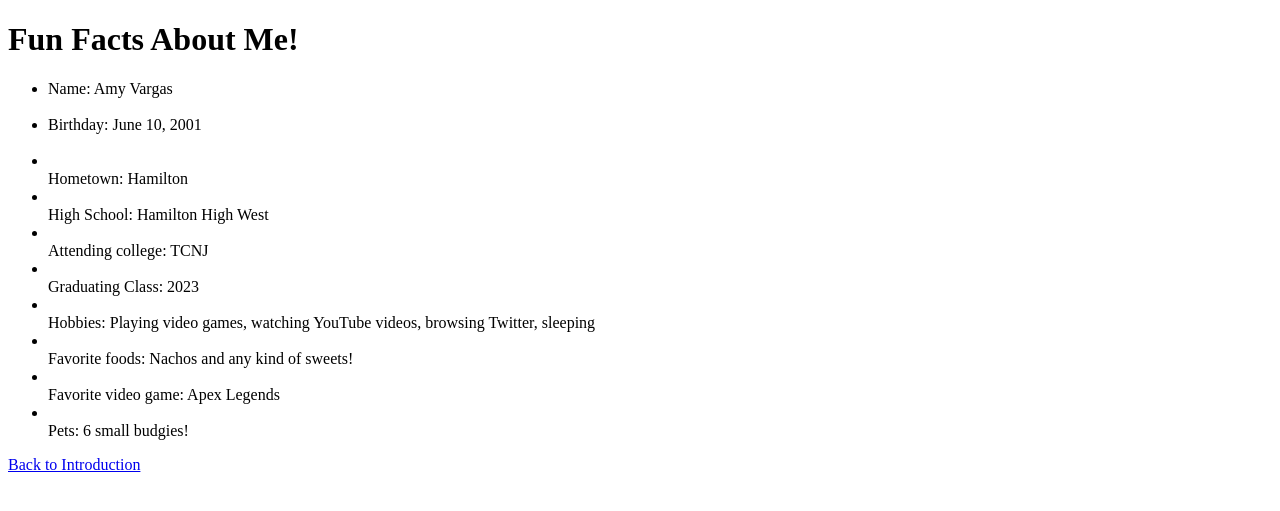
Repository: A-Vargas-GP/imm_my_website
Page: personal_site/personal/personal_facts.html
The author's editor kept a record of every edit. The page is drawn from the files as they stood at one moment, then again after the next edit.
The browser window is 1280 px wide. The pictures show the whole page.

Above is the page before.

After the next edit:
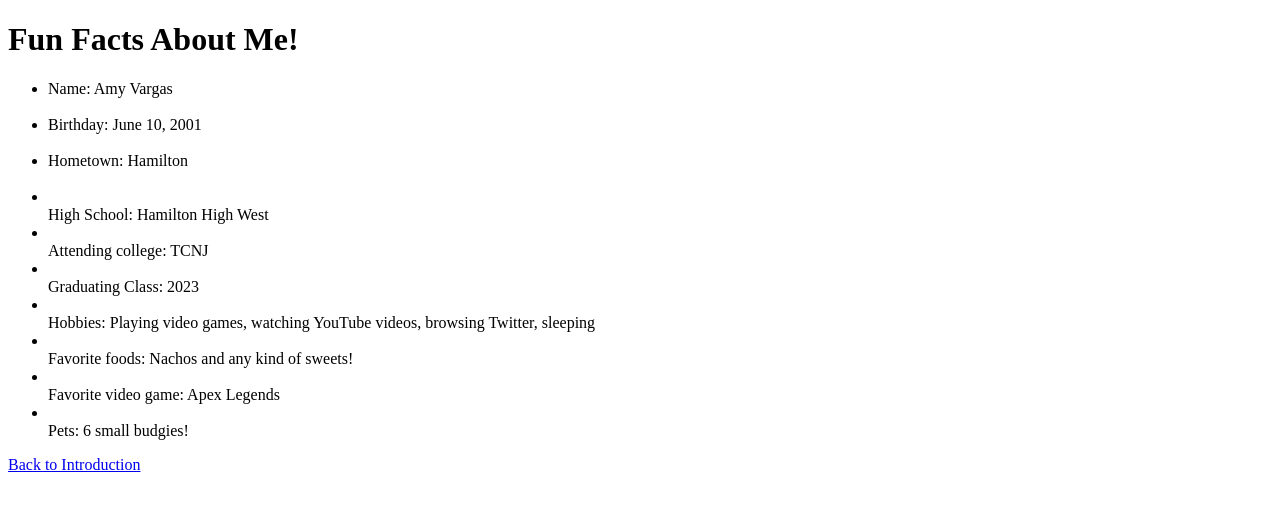
The edit:
--- a/personal_site/personal/personal_facts.html
+++ b/personal_site/personal/personal_facts.html
@@ -12,7 +12,7 @@
                 </br>
                 <li> Birthday: June 10, 2001 </li>
                 </br>
-                <li> </li>Hometown: Hamilton
+                <li> Hometown: Hamilton </li>
                 </br>
                 <li> </li>High School: Hamilton High West
                 </br>
